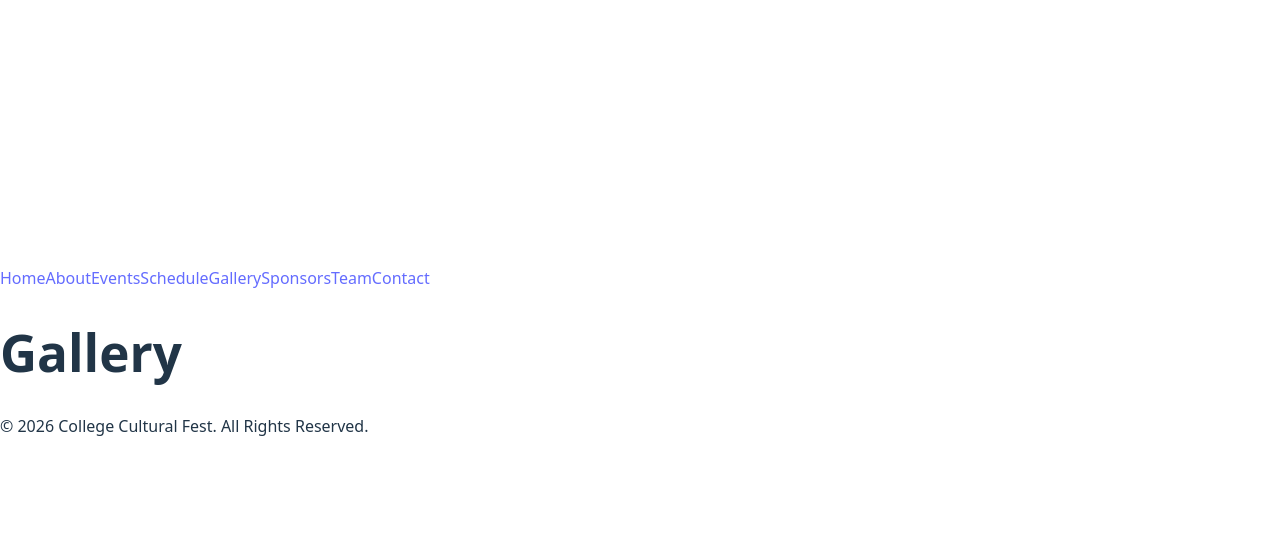
Repository: mridang-iiitu/Mridang-2k26
Page: /gallery
An editor plug-in stored every save of this project. The page is shown before and after the next save, followed by the edit.
The browser window is 1280 px wide. The pictures show the whole page.
The project was rebuilt for these pictures with package versions that can differ from the ones it lists, and the page was loaded fresh each time. Also part of the build but not shown: vite.config.js, src/pages/Home.jsx, src/pages/About.jsx, src/pages/Events.jsx, src/pages/Schedule.jsx, src/pages/Sponsors.jsx, src/pages/Team.jsx, src/pages/Contact.jsx.

Above is the page before, as saved 2026-08-03 13:34:28.

### src/App.jsx
import { BrowserRouter, Routes, Route } from "react-router-dom";

import Navbar from "./components/Navbar";
import Footer from "./components/Footer";

import Home from "./pages/Home";
import About from "./pages/About";
import Events from "./pages/Events";
import Schedule from "./pages/Schedule";
import Gallery from "./pages/Gallery";
import Sponsors from "./pages/Sponsors";
import Team from "./pages/Team";
import Contact from "./pages/Contact";

export default function App() {
  return (
    <BrowserRouter>
      <Navbar />

      <Routes>
        <Route path="/" element={<Home />} />
        <Route path="/about" element={<About />} />
        <Route path="/events" element={<Events />} />
        <Route path="/schedule" element={<Schedule />} />
        <Route path="/gallery" element={<Gallery />} />
        <Route path="/sponsors" element={<Sponsors />} />
        <Route path="/team" element={<Team />} />
        <Route path="/contact" element={<Contact />} />
      </Routes>

      <Footer />
    </BrowserRouter>
  );
}

### src/components/Navbar.jsx
import { Link } from "react-router-dom";

export default function Navbar() {
  return (
    <nav className="bg-gray-900 text-white px-8 py-4 flex gap-6">
      <Link to="/">Home</Link>
      <Link to="/about">About</Link>
      <Link to="/events">Events</Link>
      <Link to="/schedule">Schedule</Link>
      <Link to="/gallery">Gallery</Link>
      <Link to="/sponsors">Sponsors</Link>
      <Link to="/team">Team</Link>
      <Link to="/contact">Contact</Link>
    </nav>
  );
}

### src/components/Footer.jsx
export default function Footer() {
  return (
    <footer className="bg-gray-900 text-white text-center py-6">
      <p>© 2026 College Cultural Fest. All Rights Reserved.</p>
    </footer>
  );
}

### src/pages/Gallery.jsx
export default function Gallery() {
  return (
    <div className="min-h-screen p-10">
      <h1 className="text-4xl font-bold">Gallery</h1>
    </div>
  );
}

Loaded but not shown: index.html (common file); src/main.jsx (common file); src/index.css (common file)

After the next save:
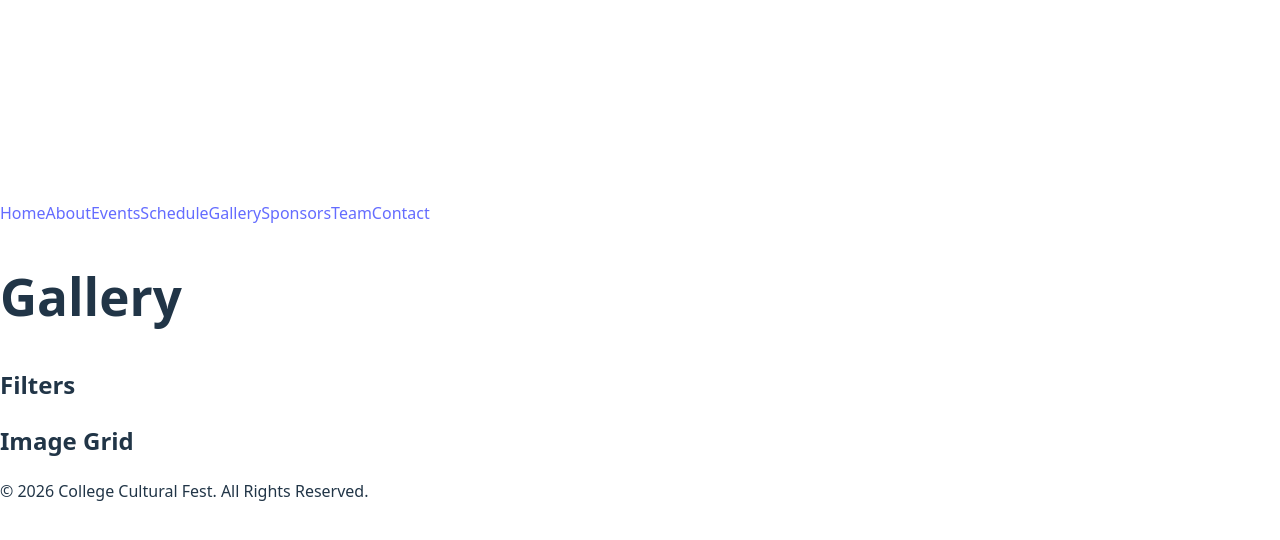
Saved 6 s later.
--- a/src/pages/Gallery.jsx
+++ b/src/pages/Gallery.jsx
@@ -1,7 +1,19 @@
 export default function Gallery() {
   return (
-    <div className="min-h-screen p-10">
-      <h1 className="text-4xl font-bold">Gallery</h1>
-    </div>
+    <main>
+
+      <section>
+        <h1>Gallery</h1>
+      </section>
+
+      <section>
+        <h2>Filters</h2>
+      </section>
+
+      <section>
+        <h2>Image Grid</h2>
+      </section>
+
+    </main>
   );
 }
